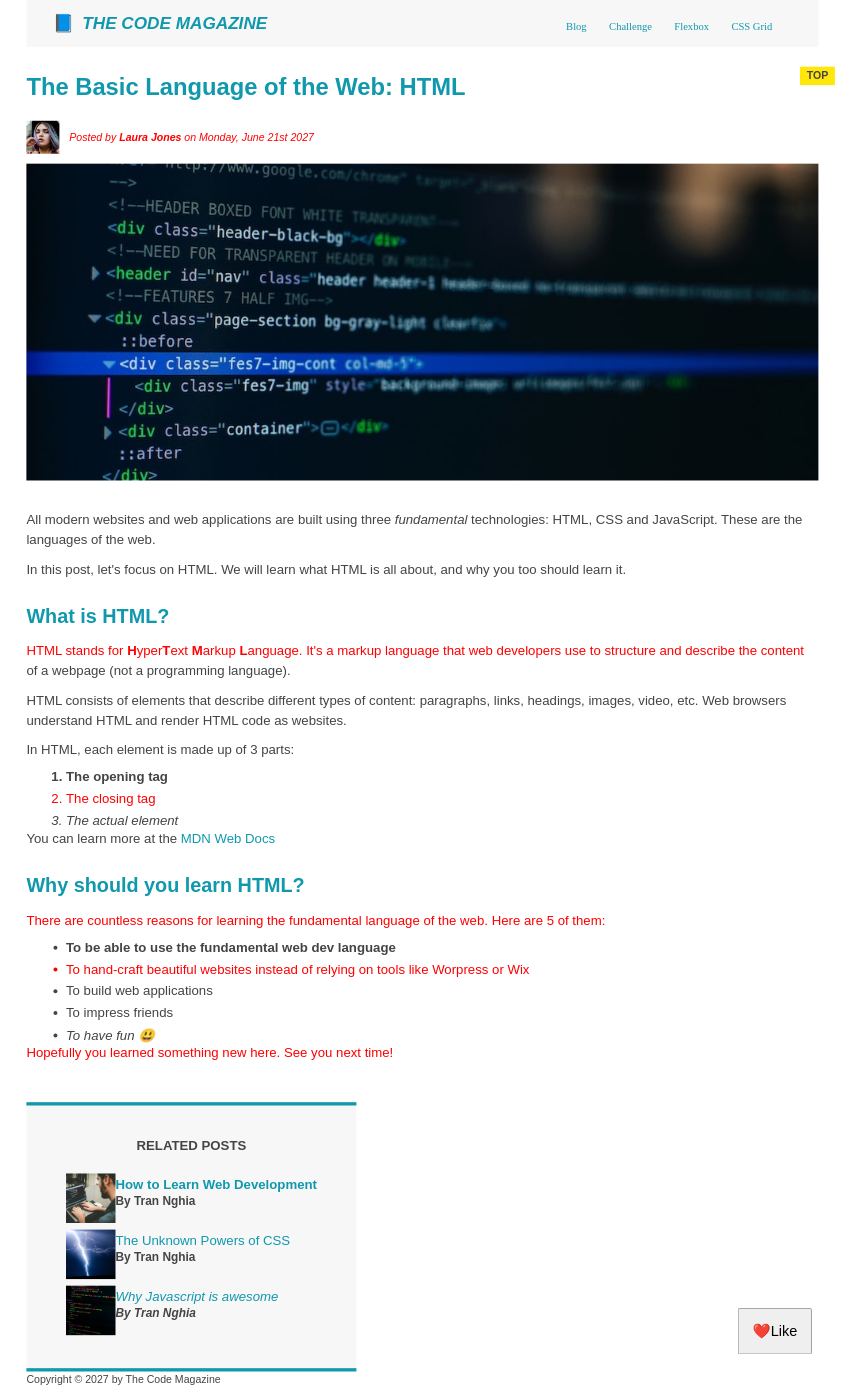
Repository: nghiakma/HTML-CSS-Fundamental
Page: HTML/index.html
The author's editor kept a copy of each file at every save. The page is drawn from the files as they stood at one save, then again after the next save.
The browser window is 1280 px wide. The pictures show the whole page, at 66% of full size.

Above is the page before, as saved 2023-08-23 18:26:19.

### HTML/index.html
<!DOCTYPE html>
<html lang="en">

<head>
  <meta charset="UTF-8">
  <meta name="viewport" content="width=device-width, initial-scale=1.0">
  <title>The Basic Language of the web: HTML</title>
  <link rel="stylesheet" href="/CSS/index.css">
  <link rel="stylesheet" href="/CSS/flexbox.css">
  <!--<link rel="stylesheet" href="/CSS/float.css">-->
</head>

<body>

  <div class="container">
    <header class="main-header clearfix">
      <h1>📘 The Code Magazine</h1>
      <nav>
        <a href="#">Blog</a>
        <a href="#">Challenge</a>
        <a href="#">Flexbox</a>
        <a href="#">CSS Grid</a>
      </nav>
      <!-- <div class="clear"></div> -->
    </header>

    <article>
      <header class="post-header">
        <h2>The Basic Language of the Web: HTML</h2>
        <div class="author-box">
          <img class="author-img" src="./laura-jones.jpg" alt="Headshot of Laura Jones" height="50" width="50">
          <p id="author" class="author">
            Posted by <strong>Laura Jones</strong> on Monday, June 21st 2027</p>
        </div>
        <img class="post-img" src="./post-img.jpg" alt="HTML code on a screen" width="500" height="200">
      </header>
      <p>
        All modern websites and web applications are built using three <em>fundamental</em> technologies: HTML, CSS and
        JavaScript.
        These are the languages of the web.
      </p>
      <p>
        In this post, let's focus on HTML. We will learn what HTML is all about, and why you too should learn it.
      </p>
      <h3>What is HTML?</h3>
      <p>
        HTML stands for <strong>H</strong>yper<strong>T</strong>ext <strong>M</strong>arkup <strong>L</strong>anguage.
        It's
        a markup language that web developers use to structure and describe
        the content of a webpage (not a programming language).
      </p>
      <p>
        HTML consists of elements that describe different types of content: paragraphs, links, headings, images, video,
        etc.
        Web browsers understand HTML and render HTML code as websites.
      </p>
      <p>In HTML, each element is made up of 3 parts:</p>
      <ol>
        <li>The opening tag</li>
        <li>The closing tag</li>
        <li>The actual element</li>
      </ol>
      <p>You can learn more at the <a href="https://developer.mozilla.org/en-US/docs/Web/HTML" target="_blank">MDN Web
          Docs</a></p>
      <h3>Why should you learn HTML?</h3>
      <p>There are countless reasons for learning the fundamental language of the web. Here are 5 of them:</p>
      <ul>
        <li>To be able to use the fundamental web dev language</li>
        <li>To hand-craft beautiful websites instead of relying on tools like Worpress or Wix</li>
        <li>To build web applications</li>
        <li>To impress friends</li>
        <li>To have fun 😃</li>
      </ul>
      <p>Hopefully you learned something new here. See you next time!</p>
    </article>

    <!--Thuong duoc su dung de bo sung thong tin cho trang chinh
  Xác định nội dung nằm bên cạnh nội dung của trang-->
    <aside>
      <h4>Related posts</h4>

      <ul class="related">
        <li class="related-post">
          <img src="./related-1.jpg" alt="Person programming" width="75" height="75">
          <div>
            <a class="related-link" href="#">How to Learn Web Development</a>
            <p class="related-author">By Tran Nghia</p>
          </div>
        </li>
        <li class="related-post">
          <img src="./related-2.jpg" alt="Powers" width="75" height="75">
          <div>
            <a class="related-link" href="#">The Unknown Powers of CSS</a>
            <p class="related-author">By Tran Nghia</p>
          </div>
        </li>
        <li class="related-post">
          <img src="./related-3.jpg" alt="Javascript" width="75" height="75">
          <div>
            <a class="related-link" href="#">Why Javascript is awesome</a>
            <p class="related-author">By Tran Nghia</p>
          </div>
        </li>
      </ul>
    </aside>

    <footer>
      <p id="copyright">Copyright &copy; 2027 by The Code Magazine</p>
    </footer>
  </div>

  <button>❤️Like</button>
</body>

</html>

### CSS/index.css
* {
  box-sizing: border-box;
  margin: 0;
}
body {
  position: relative;
}
h1,
h2,
h3,
h4,
p,
li {
  font-family: sans-serif;
  color: #444;
}
h1,
h2,
h3 {
  color: #1098ad;
}
h1 {
  font-size: 26px;
  text-transform: uppercase;
  font-style: italic;
}
h1::first-letter {
  font-style: normal;
  margin-right: 5px;
}
h2::after {
  content: "TOP";
  background-color: #ffe70c;
  color: #444;
  font-size: 16px;
  font-weight: bold;
  display: inline-block;
  padding: 5px 10px;
  position: absolute;
  top: -10px;
  right: -25px;
}

h2 {
  font-size: 36px;
  margin-bottom: 30px;

  position: relative;
}
h2::first-letter {
  /* font-size: 80px; */
}
h3 {
  font-size: 30px;
  margin-bottom: 20px;
  margin-top: 40px;
}
h4 {
  font-size: 20px;
  text-transform: uppercase;
  text-align: center;
  margin-bottom: 30px;
}
p {
  font-size: 20px;
  line-height: 1.5;
  margin-bottom: 15px;
}
/*Lay thang lien ke h3*/
h3 + p::first-line {
  color: red;
}
ul,
ol {
  margin-left: 20px;
  margin-right: 20px;
}
li {
  font-size: 20px;
  margin-bottom: 10px;
}
li:last-child {
  margin-bottom: 0;
}
/* footer p {
  font-size: 16px;
} */
/* article header p {
  font-style: italic;
} */

#author {
  font-style: italic;
  font-size: 16px;
}
#copyright {
  font-size: 16px;
}
.related-author {
  font-size: 18px;
  font-weight: bold;
}
.related {
  list-style: none;
}
/*Le trai va phai giong nhau: tinh toan tu dong boi trinh duyet*/
.container {
  width: 1200px;
  /* margin-left: auto;
  margin-right: auto; */
  margin: 0 auto;
}
.main-header {
  background-color: #f7f7f7;
  /* padding: 20px;
  padding-left: 20px;
  padding-right: 40px; */
  padding: 20px 40px;
  margin-bottom: 40px;
}
article {
  margin-bottom: 60px;
}
.post-header {
  margin-bottom: 40px;
}
/*dung height: auto ; dua ti le khung hinh ve nhu ban dau*/
.post-img {
  width: 100%;
  height: auto;
}
aside {
  background-color: #f7f7f7;
  border-top: 5px solid #1098ad;
  border-bottom: 5px solid #1098ad;
  padding: 50px 0;
  width: 500px;
}
li:first-child {
  font-weight: bold;
}
li:last-child {
  font-style: italic;
}
li:nth-child(2) {
  color: red;
}
article p:last-child {
  color: red;
}
a:link {
  color: #1098ad;
  text-decoration: none;
}
a:visited {
  color: #1098ad;
}
a:hover {
  color: orangered;
  font-weight: bold;
  text-decoration: underline orangered;
}
a:active {
  background-color: black;
  font-style: italic;
}
nav {
  font-size: 16px;
  text-align: center;
}
nav a:link {
  /* background-color: orangered;
  margin: 20px;
  padding: 20px;
  display: block; */
  margin-right: 30px;
  margin-top: 10px;
  display: inline-block;
}
button {
  font-size: 22px;
  padding: 20px;
  cursor: pointer;
  position: absolute;
  /* top: 0;
  left: 0; */
  /* bottom: 0;
  left: 0; */
  /* top: 50px;
  left: 50px; */
  bottom: 50px;
  right: 50px;
}

### CSS/flexbox.css
.main-header {
  display: flex;
  align-items: center;
  justify-content: space-between;
}
.author-box {
  display: flex;
  align-items: center;
  margin-bottom: 15px;
}
.author {
  margin-bottom: 0;
  margin-left: 15px;
}
.related-post {
  display: flex;
  align-items: center;
}

After the next save:
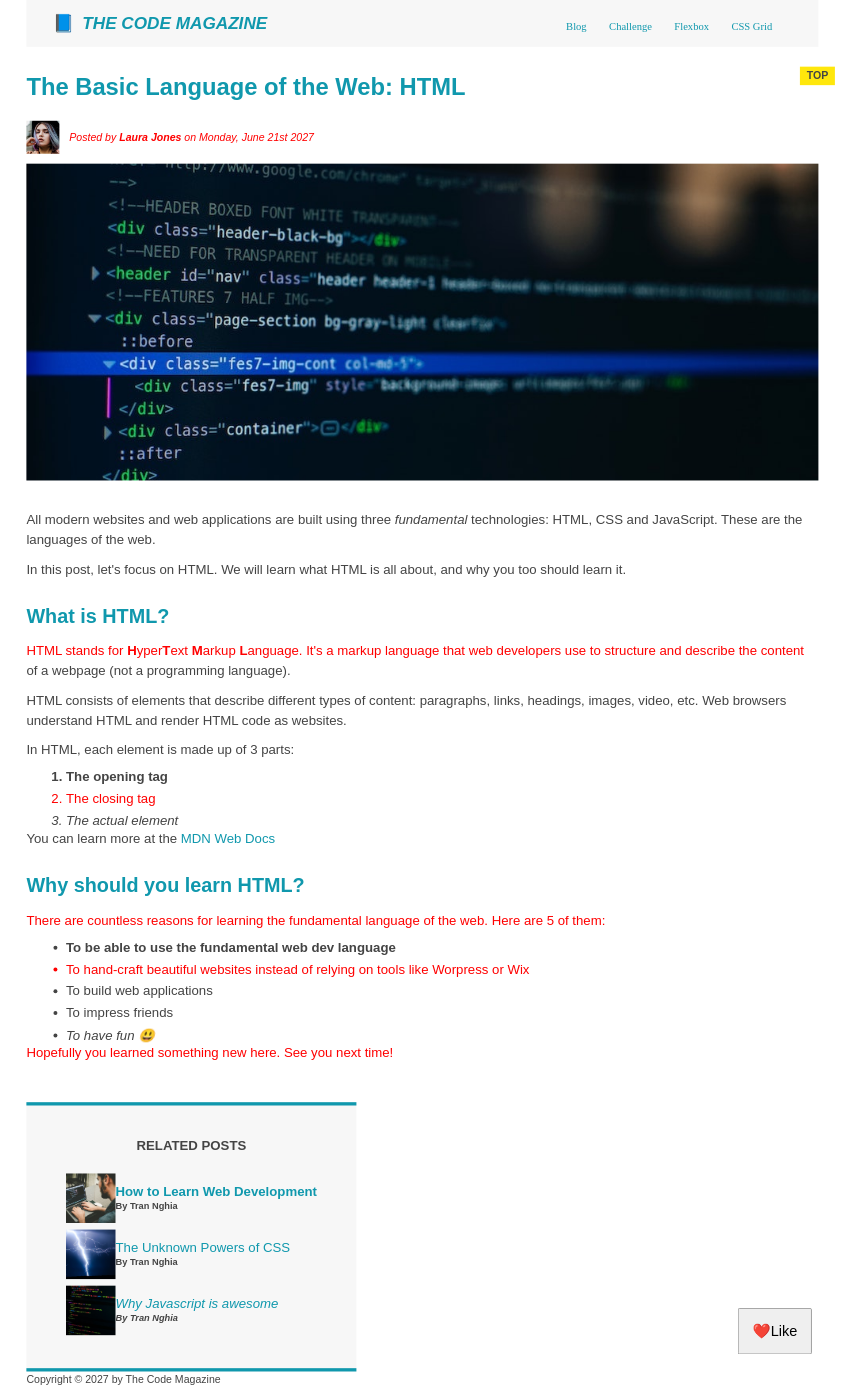
Saved 66 s later.
--- a/CSS/flexbox.css
+++ b/CSS/flexbox.css
@@ -16,3 +16,7 @@
   display: flex;
   align-items: center;
 }
+.related-author {
+  margin-bottom: 0;
+  font-size: 14px;
+}
